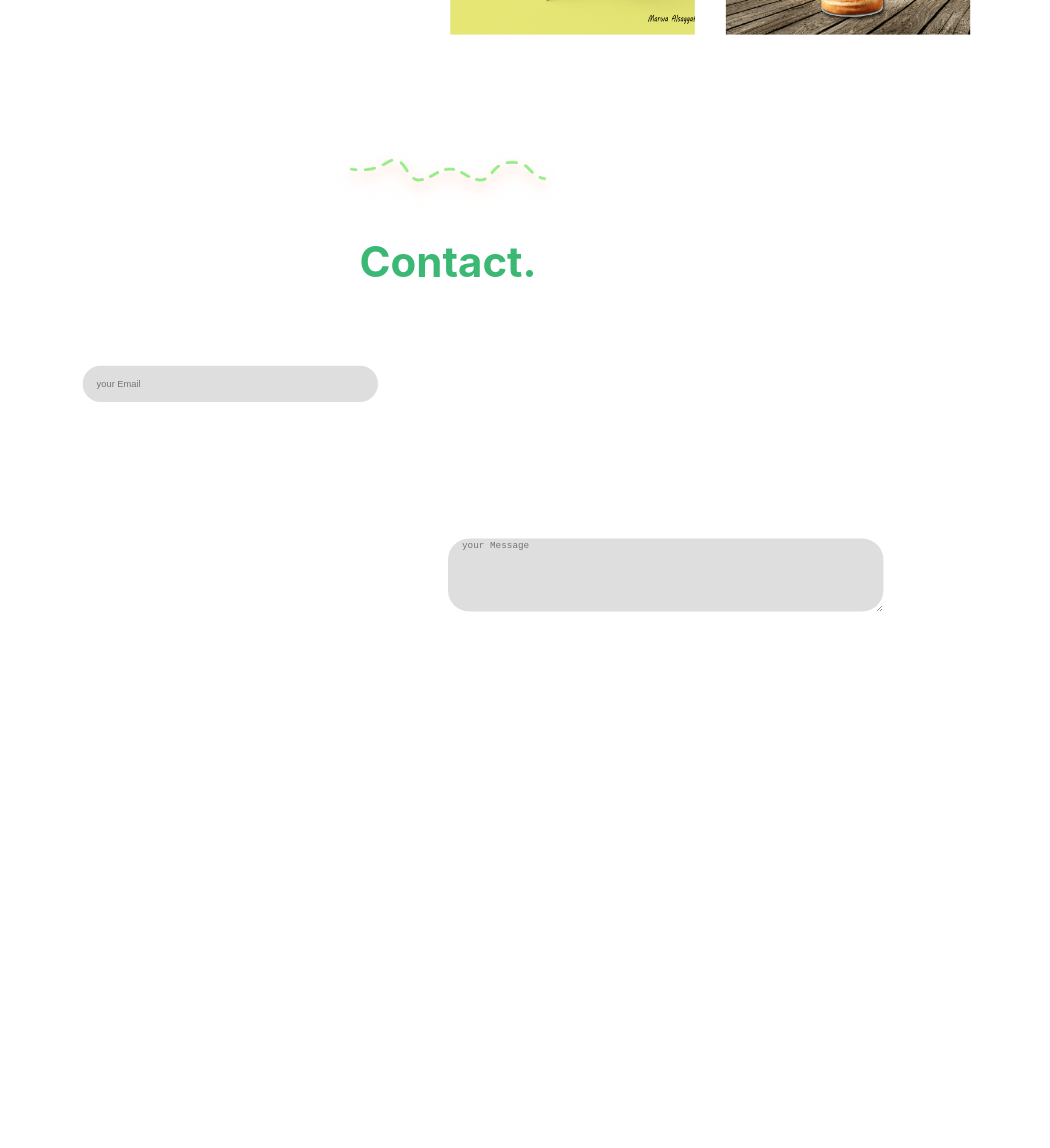
Repository: MEROO1010/Portfolio-2
Page: /
These files come from the project's save history. The page is drawn as it stood at one moment and after the next save; the edit follows.
The browser window is 1280 px wide. The page is 1500 px wide, so the pictures cover 1500 px, including what lies to the right of the window. The pictures show the part of the page from y = 4019 to 5659 px (the page is 5713 px tall), at 70% of full size.
The project was rebuilt for these pictures with package versions that can differ from the ones it lists, and the page was loaded fresh each time.

Above is the page before, as saved 2023-12-25 13:03:01.

After the next save:
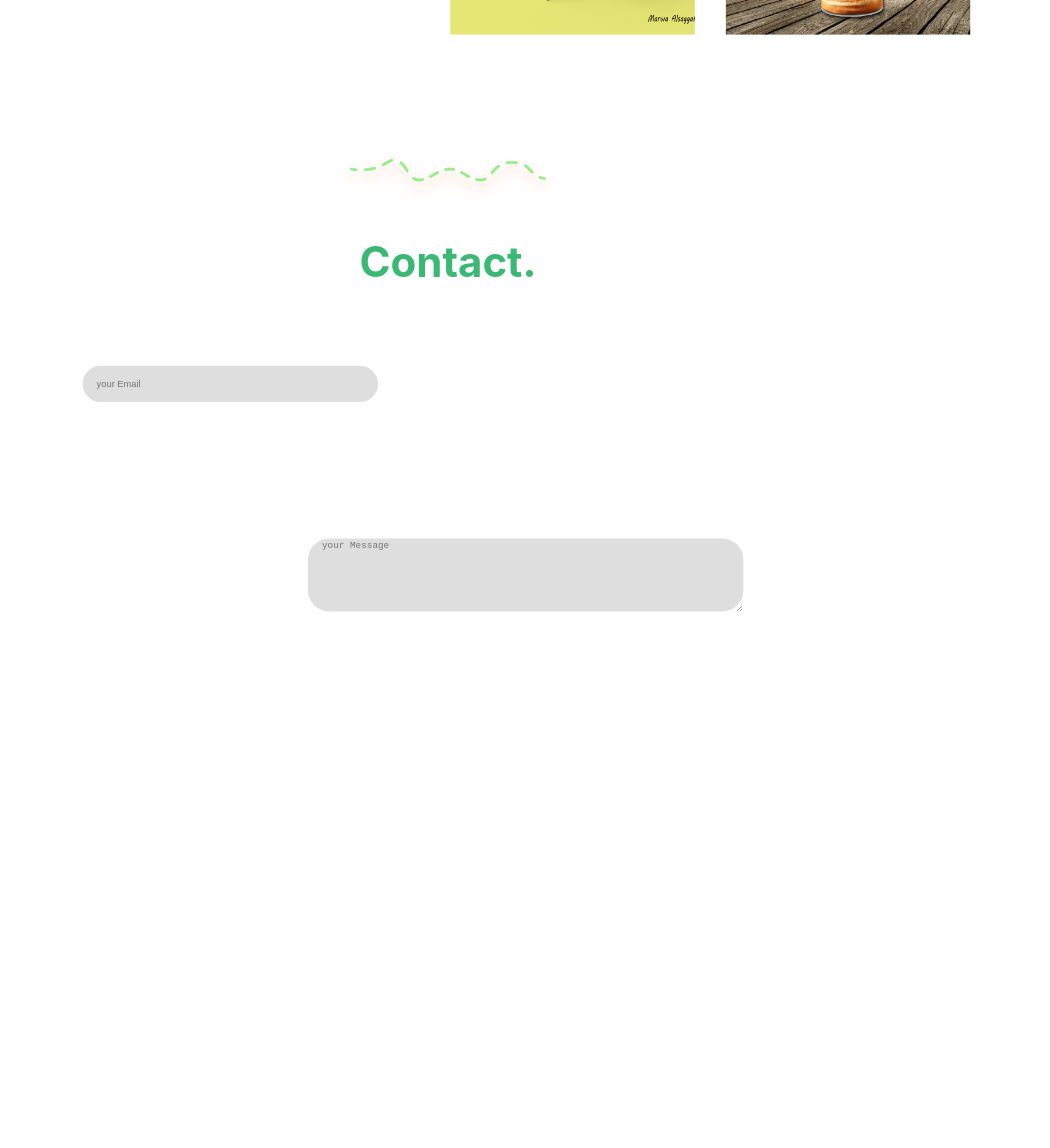
Saved 6 s later.
--- a/src/components/Contact.js
+++ b/src/components/Contact.js
@@ -52,7 +52,7 @@
 textarea {
     position: relative;
     bottom:800px;
-    left:100px;
+    right:100px;
     width: 600px;
     height:100px;
     border-radius:30px;
